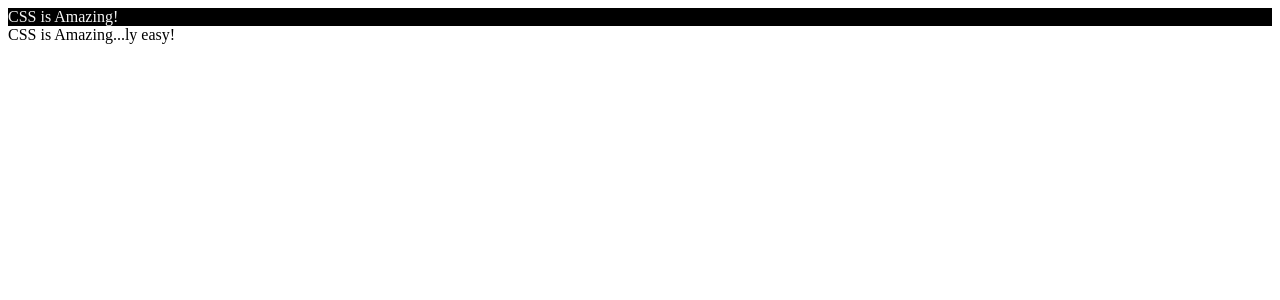
Repository: sammkrt/saltPrecourse
Page: css-trainingGround/index.html
These files come from the project's save history. The page is drawn as it stood at one moment and after the next save; the edit follows.
The browser window is 1280 px wide. The pictures show the whole page.

Above is the page before, as saved 2022-12-15 20:52:03.

### css-trainingGround/index.html
<!DOCTYPE html>
<html lang="en">
<head>
    <meta charset="UTF-8">
    <meta http-equiv="X-UA-Compatible" content="IE=edge">
    <meta name="viewport" content="width=device-width, initial-scale=1.0">
    <title>Css Training</title>
</head>
<body>
    <div style="background-color: black; color: whitesmoke;">CSS is Amazing!</div>
    <div>CSS is Amazing...ly easy!</div>
</body>
</html>

After the next save:
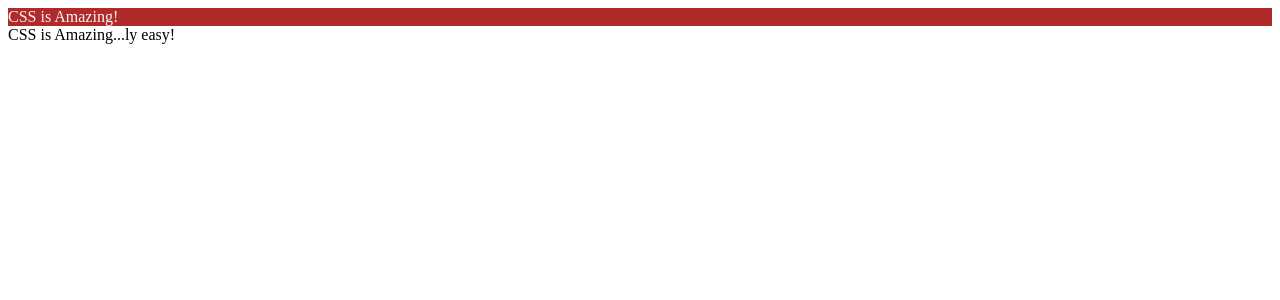
Saved 42 s later.
--- a/css-trainingGround/index.html
+++ b/css-trainingGround/index.html
@@ -7,7 +7,7 @@
     <title>Css Training</title>
 </head>
 <body>
-    <div style="background-color: black; color: whitesmoke;">CSS is Amazing!</div>
+    <div style="background-color: rgb(177, 42, 42); color: whitesmoke;">CSS is Amazing!</div>
     <div>CSS is Amazing...ly easy!</div>
 </body>
 </html>
